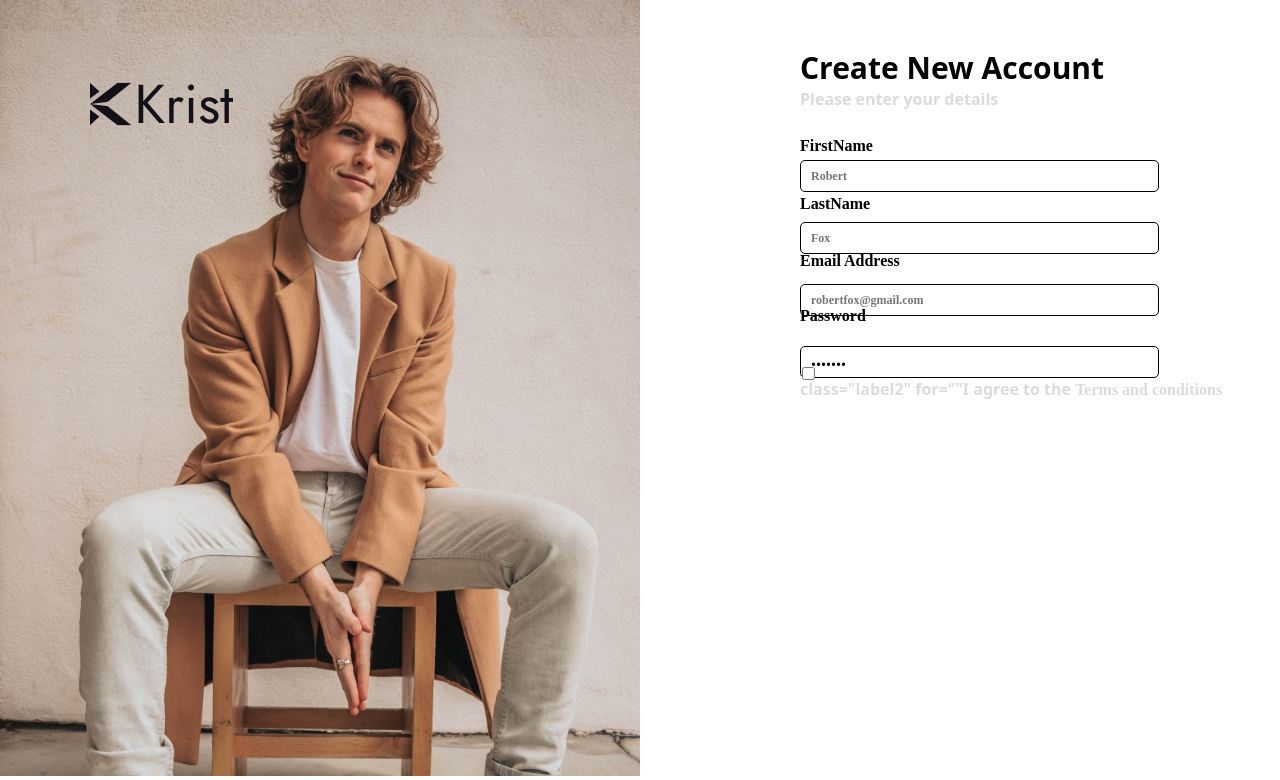
Repository: isaacCodes1/Krist-Website
Page: new-account.html
An editor plug-in stored every save of this project. The page is shown before and after a run of saves, followed by the edit.
The browser window is 1280 px wide. The pictures show the whole page.

Above is the page before, as saved 2024-04-10 14:23:08.

### new-account.html
<!DOCTYPE html>
<html lang="en">
  <head>
    <meta charset="UTF-8" />
    <meta name="viewport" content="width=device-width, initial-scale=1.0" />
    <title>New Account</title>
    <link rel="stylesheet" href="style.css">
  </head>
  <body>
    <div class="image">
        <img src="/Assets/Rectangle 3463272 (1).png" alt="" />
      </div>
      <div class="logo">
        <a href="Home-page.html"><img src="/Assets/Group 56.png" alt="" /></a>
      </div>

      <form class="new" action="">
        <h1 class="create">Create New Account</h1>
        <p>Please enter your details</p>
        <label class="firstname" for="">FirstName</label>
        <input class="inpute" type="text" placeholder="Robert">  <br>
        <label class="lastname" for="">LastName</label>
        <input class="inpute" type="text" placeholder="Fox">  <br>
        <label class="email" for="">Email Address</label>
        <input class="inpute" type="email" placeholder="robertfox@gmail.com"> <br>
        <label class="password" for="">Password</label>
        <input class="inpute" type="password" placeholder="......." id="place">
        <div class="checkboxes">
            <input class="check1" type="checkbox" name="" id="" />
            <p> class="label2" for=""I agree to the <strong>Terms and conditions</p></strong>
          </div>
      </form>
  </body>
</html>

### style.css
* {
  margin: 0;
  padding: 0;
  box-sizing: border-box;
  font-family: "Times New Roman", Times, serif;
  font-weight: 600;
}
.navBar {
  display: flex;
  align-items: center;
  margin-bottom: 40px;
  position: relative;
}
.navBar img {
  margin-left: 90px;
  padding-top: 20px;
  padding-right: 190px;
}
.logoItems ul {
  display: flex;
  list-style: none;
  padding-top: 20px;
  gap: 70px;
}
.logoItems ul li {
  font-size: 15px;
}
.logoItems ul li:hover {
  transform: scale(1.05);
  font-weight: 700;
}
.shop {
  position: relative;
}
.bx-down-arrow {
  position: absolute;
  left: 9000px;
}
.contact {
  position: relative;
}
.bx-search {
  position: absolute;
  right: 300px;
  top: 37px;
  font-size: 20px;
}
.bx-heart {
  position: absolute;
  right: 270px;
  top: 35px;
  font-size: 20px;
}
.bx-shopping-bag {
  position: absolute;
  right: 240px;
  top: 35px;
  font-size: 20px;
}
.bx-down-arrow {
  position: absolute;
  left: 570px;
  top: 40px;
}
.bx-right-arrow-alt {
  font-size: 15px;
}
.landingPage {
  display: flex;
  flex-direction: column;
  background: rgb(242, 243, 241);
  border-radius: 5 px;
  height: 620px;
  margin-bottom: 50px;
  margin-left: 50px;
  margin-right: 50px;
  position: relative;
}

.landingPageText {
  margin-top: 200px;
  margin-left: 150px;
  position: relative;
}
.landingPageText h1 {
  font-size: 42px;
  font-weight: 900;
}
.landingPage h2 {
  font-size: 85px;
  position: absolute;
  top: 500px;
  left: 30px;
  color: #e4e2e2;
}
.classic {
  font-size: 30px;
  font-weight: 500;
  margin-bottom: 10px;
}
.landingPageText p {
  font-size: 30px;
  font-weight: 400;
  margin-bottom: 20px;
}
button {
  padding: 12px 28px;
  background: #000;
  border: 1px;
  border-radius: 7px;
  transition: all 0.42s ease;
}
button a {
  text-decoration: none;
  font-size: 13px;
  color: #fff;
}
button:hover {
  color: #000;
  background: grey;
}
.landingPage img {
  width: 600px;
  position: absolute;
  top: 120px;
  right: 200px;
  background: transparent;
  height: 80%;
}
.login {
  padding: 12px 28px;
  background: #000;
  border: 1px;
  border-radius: 7px;
  margin-left: 800px;
  position: absolute;
  top: 25px;
}
.login a {
  text-decoration: none;
  font-size: 13px;
  color: #fff;
}
.cards {
  margin-bottom: 70px;
}
.cardstext {
  font-size: 30px;
  margin-left: 90px;
  padding-top: 60px;
  padding-bottom: 30px;
}
.cardsImg {
  display: flex;
  margin-left: 74px;
}
.cardsImg img {
  width: 300px;
  margin-left: 20px;
}
.as1 {
  position: relative;
}
.as2 {
  position: relative;
}
.as3 {
  position: relative;
}
.as4 {
  position: relative;
}
.a1 {
  font-size: 45px;
  color: #fff;
  position: absolute;
  top: 1000px;
  left: 150px;
}
.a2 {
  position: absolute;
  top: 1000px;
  font-size: 45px;
  color: #fff;
  left: 450px;
}
.a3 {
  position: absolute;
  top: 1000px;
  color: #fff;
  font-size: 45px;
  left: 800px;
}
.a4 {
  position: absolute;
  top: 1000px;
  color: #fff;
  font-size: 45px;
  left: 1100px;
}
.but1 {
  background: #fff;
  position: absolute;
  left: 140px;
  font-size: 20px;
  top: 1240px;
  padding: 10px 50px;
  transition: 1s ease-in-out;
}
.but1:hover {
  background: #000;
  color: #fff;
}
.but2 {
  background: #fff;
  position: absolute;
  left: 450px;
  font-size: 20px;
  top: 1240px;
  padding: 10px 50px;
  transition: 1s ease-in-out;
}
.but2:hover {
  background: #000;
  color: #fff;
}
.but3 {
  background: #fff;
  position: absolute;
  left: 780px;
  font-size: 20px;
  top: 1240px;
  padding: 10px 50px;
  transition: 1s ease-in-out;
}
.but3:hover {
  background: #000;
  color: #fff;
}
.but4 {
  background: #fff;
  position: absolute;
  left: 1100px;
  font-size: 20px;
  top: 1245px;
  padding: 8px 50px;
  transition: 1s ease-in-out;
}
.but4:hover {
  background: #000;
  color: #fff;
}
.clothes {
  margin-bottom: 170px;
}
.clothesText {
  text-align: center;
  font-size: 30px;
  margin-bottom: 30px;
}
.clothesImg {
  margin-left: 74px;
}
.clothesImg img {
  width: 300px;
  margin-left: 20px;
}
.sneakers {
  position: relative;
}
.sneakersText {
  position: absolute;
  left: 92px;
  font-size: 15px;
}
.road {
  font-weight: 700;
  font-size: 16px;
}
.cancel {
  left: 50px;
  position: absolute;
  bottom: 0px;
}
.bx-x {
  position: absolute;
  bottom: 0px;
  left: 45px;
  font-weight: 900;
  color: red;
}
.sneakers1 {
  position: relative;
}
.sneakersText1 {
  position: absolute;
  left: 420px;
  font-size: 15px;
}
.road1 {
  font-weight: 700;
  font-size: 16px;
}
.cancel1 {
  left: 50px;
  position: absolute;
  bottom: 0px;
}
.sneakers2 {
  position: relative;
}
.sneakersText2 {
  position: absolute;
  left: 740px;
  font-size: 15px;
}
.road2 {
  font-weight: 700;
  font-size: 16px;
}
.cancel2 {
  position: absolute;
  left: 50px;
  bottom: 0px;
}
.sneakers3 {
  position: relative;
}
.sneakersText3 {
  position: absolute;
  left: 1070px;
  font-size: 15px;
  margin-bottom: 50px;
}
.road3 {
  font-weight: 700;
  font-size: 16px;
}
.cancel3 {
  position: absolute;
  left: 50px;
  bottom: 0px;
}
.sneak {
  margin-bottom: 150px;
}
.deal {
  display: flex;
}
.deals {
  font-size: 30px;
  margin-bottom: 20px;
}
.dealsText {
  margin-left: 94px;
  position: relative;
}
.dealsImg {
  margin-left: 170px;
}
.timer1 {
  border: 1px solid #dbdbdb;
  color: #000;
  background: #fff;
  padding: 7px 9px;
  margin-left: 15px;
}
.timer1:hover {
  background: #fff;
}
.timer1h {
  font-size: 18px;
  font-weight: 700;
}
.pp {
  margin-bottom: 20px;
}
.butto {
  position: absolute;
  top: 231px;
  left: 16px;
}
.forms {
  position: relative;
}
.logo {
  display: flex;
  align-items: center;
  margin-bottom: 40px;
  position: absolute;
  bottom: 550px;
}
.logo img {
  margin-left: 90px;
  margin-top: 100px;
  padding-right: 190px;
}
.image {
  position: relative;
}
.image img {
  background-size: contain;
  width: 50%;
  height: 20%;
}
form {
  position: absolute;
  left: 800px;
  bottom: 300px;
}
form h1 {
  font-size: 40px;
  font-family: system-ui, -apple-system, BlinkMacSystemFont, "Segoe UI", Roboto,
    Oxygen, Ubuntu, Cantarell, "Open Sans", "Helvetica Neue", sans-serif;
  font-weight: bolder;
}
form p {
  color: #dbdbdb;
  font-family: system-ui, -apple-system, BlinkMacSystemFont, "Segoe UI", Roboto,
    Oxygen, Ubuntu, Cantarell, "Open Sans", "Helvetica Neue", sans-serif;
  margin-bottom: 20px;
}
.email {
  position: absolute;
  top: 95px;
}
.inpute {
  position: relative;
  padding-right: 170px;
  padding-left: 10px;
  padding-top: 7px;
  padding-bottom: 7px;
  border-radius: 5px;
  outline: none;
  border: 1px solid #000;
  margin-top: 30px;
}
.inputp {
  position: relative;
  padding-right: 170px;
  padding-left: 10px;
  padding-top: 7px;
  padding-bottom: 7px;
  border-radius: 5px;
  outline: none;
  border: 1px solid #000;
  margin-top: 30px;
  margin-bottom: 20px;
}
.inpute::placeholder {
  font-size: 12px;
}
#place::placeholder {
  font-size: 20px;
  color: #000;
}
.password {
  position: absolute;
  top: 155px;
}
.check {
  position: absolute;
  top: 220px;
  left: 2px;
}
.label1 {
  margin-left: 20px;
  position: absolute;
  top: 220px;
}
.forgot {
  color: #000;
  position: absolute;
  left: 210px;
  font-size: 10px;
  top: 220px;
}
.log {
  position: absolute;
  color: #000;
  background: #fff;
  border: 1px solid black;
  font-family: system-ui, -apple-system, BlinkMacSystemFont, "Segoe UI", Roboto,
    Oxygen, Ubuntu, Cantarell, "Open Sans", "Helvetica Neue", sans-serif;
    left: 800px;
    bottom: 250px;
    padding: 10px 140px;
    border-radius: 7px;
    transition: 1s ease-in-out  ;
}
.log:hover{
  background: #000;
  color: #fff;
}
.lo{
  position: absolute;
  color: #000;
  background: #fff;
  border: 1px solid black;
  font-family: system-ui, -apple-system, BlinkMacSystemFont, "Segoe UI", Roboto,
    Oxygen, Ubuntu, Cantarell, "Open Sans", "Helvetica Neue", sans-serif;
    left: 800px;
    bottom: 180px;
    padding: 10px 110px;
    border-radius: 7px;
    transition: 1s ease-in-out  ;
}
.or{
  position: absolute;
  left: 800px;
  bottom: 250px;
}
.lo:hover{
  background: #000;
  color: #fff;
}
.create{
  font-size: 30px;
  font-family: system-ui, -apple-system, BlinkMacSystemFont, "Segoe UI", Roboto,
    Oxygen, Ubuntu, Cantarell, "Open Sans", "Helvetica Neue", sans-serif;
  font-weight: bolder;
}
.new{
  position: absolute;
  left: 800px;
  bottom: 300px;
}
.firstname{
  position: absolute;
  top: 90px;
}
.lastname{
  position: absolute;
  top: 148px;
}
.email{
  position: absolute;
  top: 205px;
}
.password{
  position: absolute;
  top: 260px;
}
.check1{
  position: absolute;
  top: 320px;
  left: 2px;
}
.label2{
  margin-left: 20px;
  position: absolute;
  top: 320px;
}

After the next 2 saves:
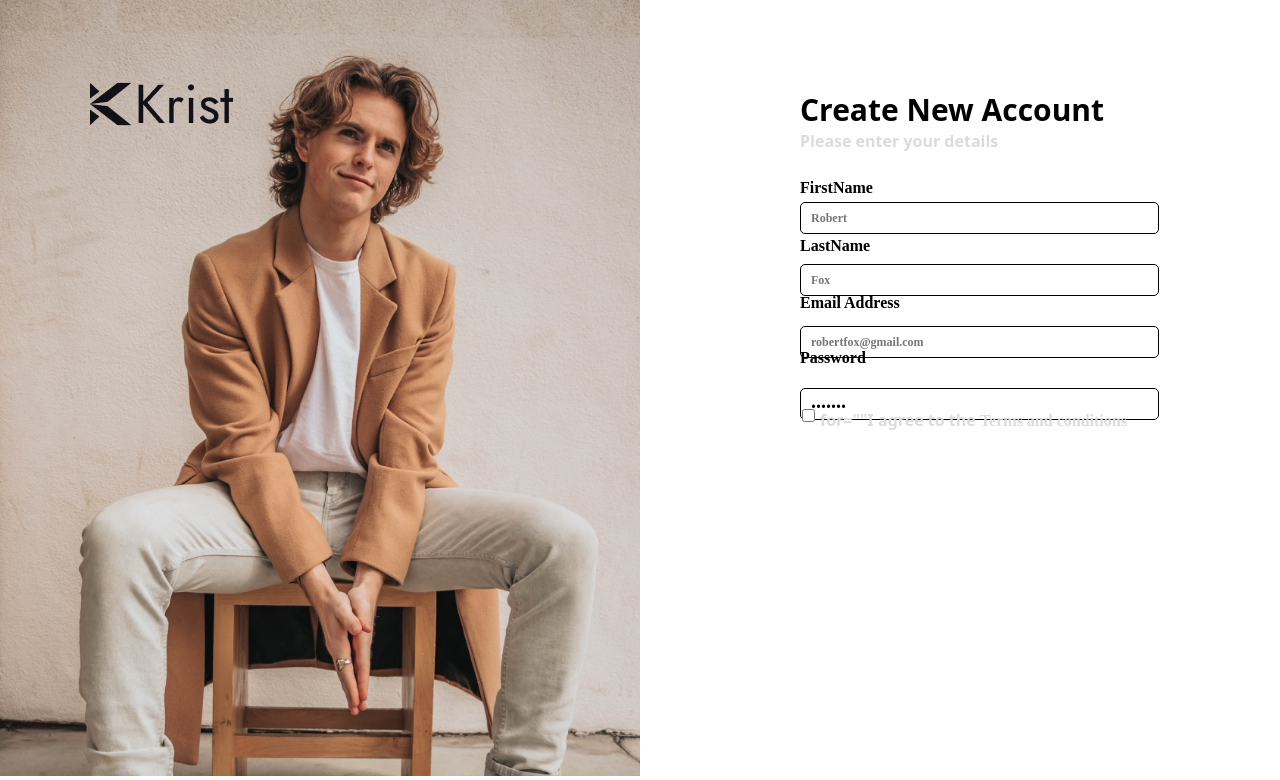
The 2 saves are shown as one change because they came seconds apart.
The last was saved 19 s later.
--- a/new-account.html
+++ b/new-account.html
@@ -27,7 +27,7 @@
         <input class="inpute" type="password" placeholder="......." id="place">
         <div class="checkboxes">
             <input class="check1" type="checkbox" name="" id="" />
-            <p> class="label2" for=""I agree to the <strong>Terms and conditions</p></strong>
+            <p  class="label2" >for=""I agree to the <strong>Terms and conditions</p></strong>
           </div>
       </form>
   </body>
